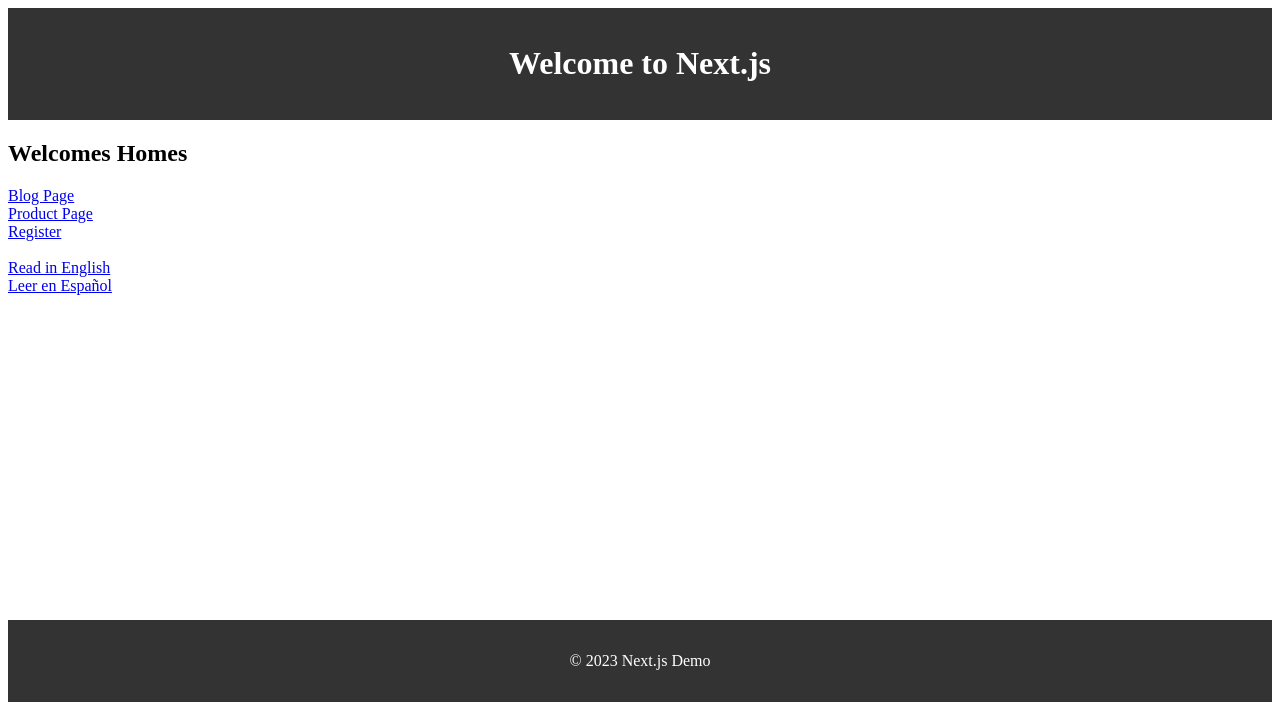
Repository: JasonMorta/NextJs-13_Basics
Page: / (app in NEXTJS15/next13-demo/)
These files come from the project's save history. The page is drawn as it stood at one moment and after a run of saves; the edit follows.
The browser window is 1280 px wide. The pictures show the whole page.
The project was rebuilt for these pictures with package versions that can differ from the ones it lists, and the page was loaded fresh each time. The framework's server and built-in components were replaced by stand-ins that run in the browser. Also part of the build but not shown: NEXTJS15/next13-demo/next.config.ts.

Above is the page before, as saved 2025-03-03 09:33:22.

After the next 2 saves:
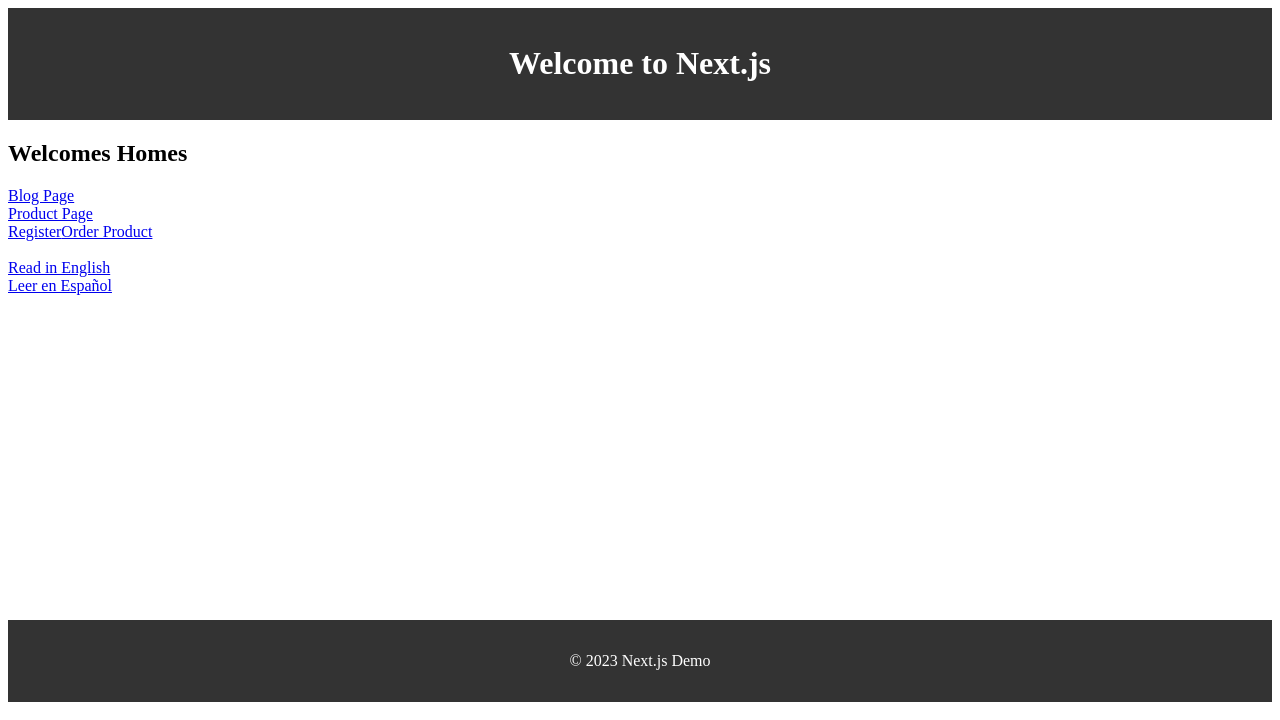
The 2 saves are shown as one change because 1 did not build or start.
The last was saved 43 s later.
--- a/NEXTJS15/next13-demo/src/app/page.tsx
+++ b/NEXTJS15/next13-demo/src/app/page.tsx
@@ -8,6 +8,7 @@
       <Link href="/blog">Blog Page</Link><br />
       <Link href="/products">Product Page</Link><br />
       <Link href="/register">Register</Link>
+      <Link href='/order-product'>Order Product</Link>
       <br />
       <br />
 
